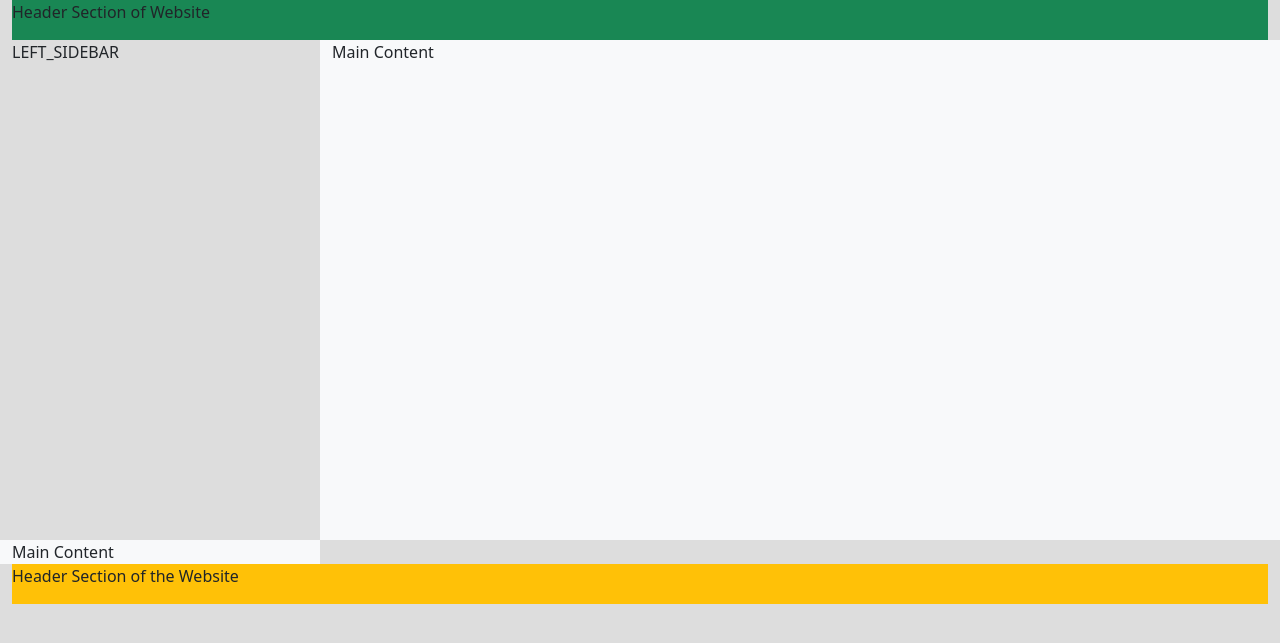
Repository: Dayvid0/BOOTSTRAP-TUTORIALS
Page: BOOTSTRAP-GRID-LAYOUTS/index.html
An editor plug-in stored every save of this project. The page is shown before and after the next save, followed by the edit.
The browser window is 1280 px wide. The pictures show the whole page.

Above is the page before, as saved 2025-01-24 10:33:25.

After the next save:
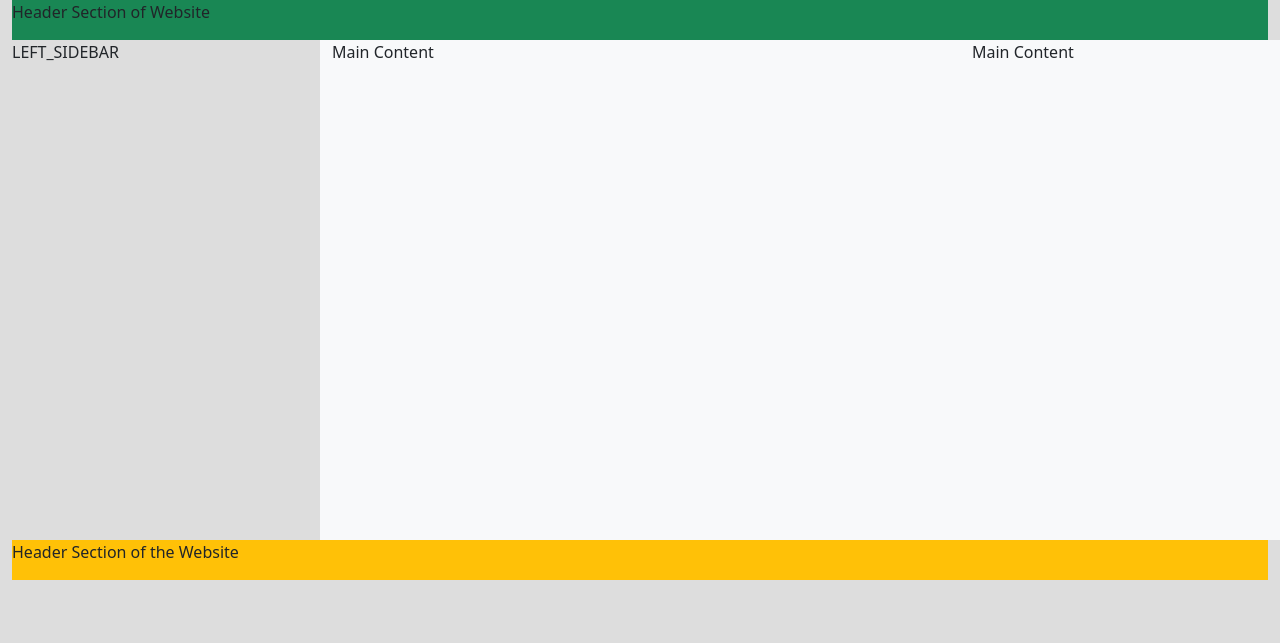
Saved 19 s later.
--- a/BOOTSTRAP-GRID-LAYOUTS/index.html
+++ b/BOOTSTRAP-GRID-LAYOUTS/index.html
@@ -19,7 +19,7 @@
         <div class="col-3 sidebar ">
           LEFT_SIDEBAR
         </div>
-        <div class="main-content col-9 sidebar bg-light">
+        <div class="main-content col-6 sidebar bg-light">
           Main Content
       </div>
       <div class=" col-3 sidebar bg-light">
